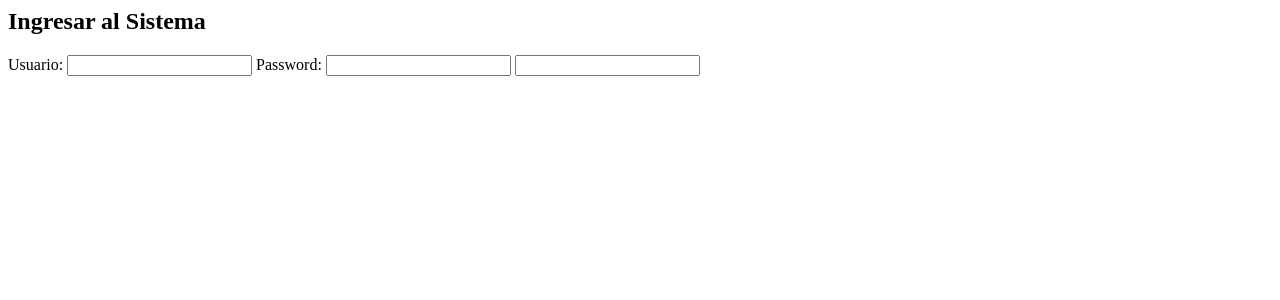
Repository: SaulSanchz/LPII_CL2_SanchezUrbanoSaul
Page: http://localhost/LP2_CL2_SanchezUrbanoSaul/
An editor plug-in stored every save of this project. The page is shown before and after the next save, followed by the edit.
The browser window is 1280 px wide. The pictures show the whole page.
The page is served by Tomcat 9. Other server files are loaded and not shown.

Above is the page before, as saved 2024-06-23 07:43:10.

### LP2_CL2_SanchezUrbanoSaul/src/main/webapp/index.jsp
<html>
<body>
<h2>Ingresar al Sistema</h2>
<tr>
	<td>Usuario: </td>
	<td><input></td>
</tr>
<tr>
	<td>Password: </td>
	<td><input></td>
</tr>
<tr>
	<td><input></td>
</tr>
</body>
</html>

After the next save:
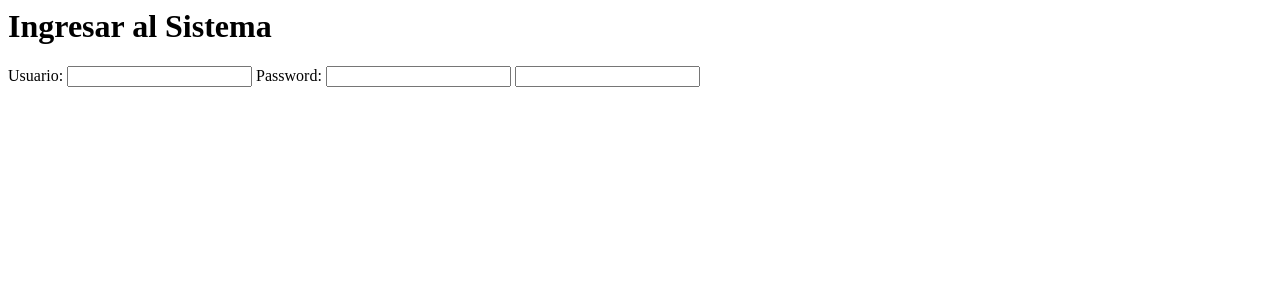
Saved 84 s later.
--- a/LP2_CL2_SanchezUrbanoSaul/src/main/webapp/index.jsp
+++ b/LP2_CL2_SanchezUrbanoSaul/src/main/webapp/index.jsp
@@ -1,16 +1,20 @@
 <html>
 <body>
-<h2>Ingresar al Sistema</h2>
-<tr>
-	<td>Usuario: </td>
-	<td><input></td>
-</tr>
-<tr>
-	<td>Password: </td>
-	<td><input></td>
-</tr>
-<tr>
-	<td><input></td>
-</tr>
+
+	<h1>
+		<strong>Ingresar al Sistema</strong>
+	</h1>
+	<tr>
+		<td>Usuario: </td>
+		<td><input></td>
+	</tr>
+	<tr>
+		<td>Password: </td>
+		<td><input></td>
+	</tr>
+	<tr>
+		<td><input></td>
+	</tr>
+
 </body>
 </html>
